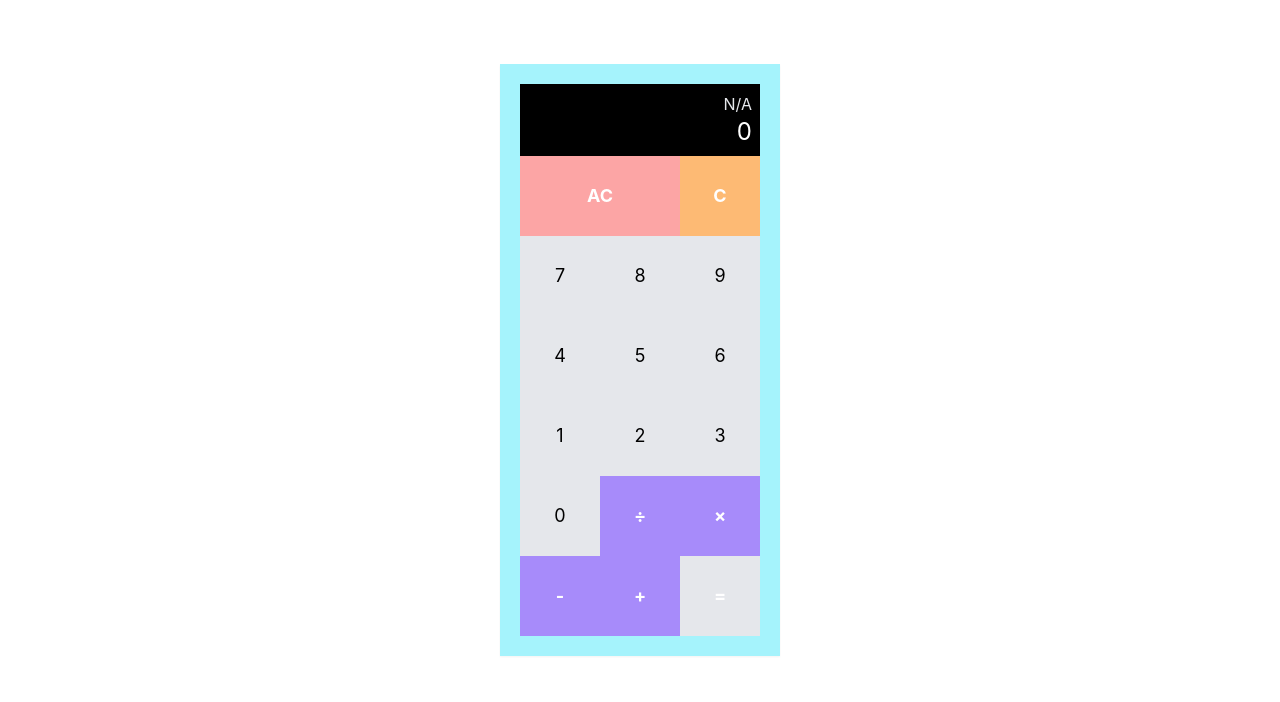
Repository: BrianPhamDev/calculator_app
Page: /
The author's editor kept a copy of each file at every save. The page is drawn from the files as they stood at one save, then again after the next save.
The browser window is 1280 px wide. The pictures show the whole page.
The project was rebuilt for these pictures with package versions that can differ from the ones it lists, and the page was loaded fresh each time. Also part of the build but not shown: vite.config.js.

Above is the page before, as saved 2024-01-09 14:49:25.

### src/App.jsx
import Calculator from "./components/Calculator";

function App() {
  return (
    <>
      <div className="flex items-center justify-center w-screen h-screen">
        <Calculator></Calculator>
      </div>
    </>
  );
}

export default App;

### src/components/Calculator.jsx
import { calculatorButtons } from "../globals/calculator-button-data";
import { useReducer } from "react";

function reducer(state, action) {}

const Calculator = () => {
  const specialTypes = {
    operator: "bg-violet-400 hover:bg-violet-300 text-white font-bold",
    enter: "bg-blue-400 hover:bg-blue-300 text-white font-bold",
  };
  const specialClasses = {
    ac: "col-span-2 w-40 bg-red-300 text-white font-bold hover:bg-red-400",
    c: "bg-orange-300 text-white font-bold hover:bg-orange-400",
  };

  const [{ current, previous, operation }, dispatch] = useReducer(reducer, {});

  return (
    <div className="border-[20px] border-cyan-200 shadow-sm">
      <div className="w-60 h-fit bg-black text-white flex flex-col items-end justify-around p-2 break-words break-all">
        <div className="previous text-gray-200">{previous || "N/A"}</div>
        <div className="current text-2xl">{current || "0"}</div>
      </div>

      <div className="grid grid-cols-3">
        {calculatorButtons.map((button) => {
          return (
            <div
              key={button.className}
              className={`bg-gray-200 flex items-center justify-center w-20 h-20 hover:bg-slate-300 text-lg  ${
                specialClasses[button.className] || ""
              }
              ${specialTypes[button.type] || ""}`}
            >
              {button.text}
            </div>
          );
        })}
      </div>
    </div>
  );
};

export default Calculator;

### src/globals/calculator-button-data.js
export const calculatorButtons = [
  {
    type: "clear",
    className: "ac",
    text: "AC",
    value: "All Clear",
  },
  {
    type: "clear",
    className: "c",
    text: "C",
    value: "Clear",
  },
  {
    type: "number",
    className: "seven",
    text: 7,
    value: 7,
  },
  {
    type: "number",
    className: "eight",
    text: 8,
    value: 8,
  },
  {
    type: "number",
    className: "nine",
    text: 9,
    value: 9,
  },

  {
    type: "number",
    className: "four",
    text: 4,
    value: 4,
  },
  {
    type: "number",
    className: "five",
    text: 5,
    value: 5,
  },
  {
    type: "number",
    className: "six",
    text: 6,
    value: 6,
  },

  {
    type: "number",
    className: "one",
    text: 1,
    value: 1,
  },
  {
    type: "number",
    className: "two",
    text: 2,
    value: 2,
  },
  {
    type: "number",
    className: "three",
    text: 3,
    value: 3,
  },
  {
    type: "number",
    className: "zero",
    text: 0,
    value: 0,
  },
  {
    type: "operator",
    className: "divide",
    text: "\u00f7",
    value: "Divide",
  },
  {
    type: "operator",
    className: "multiply",
    text: "\u00d7",
    value: "Multiply",
  },
  {
    type: "operator",
    className: "subtract",
    text: "-",
    value: "Subtract",
  },

  {
    type: "operator",
    className: "add",
    text: "+",
    value: "Add",
  },
  {
    type: "enter",
    className: "equal",
    text: "=",
    value: "Equal",
  },
];

Loaded but not shown: index.html (common file); src/main.jsx (common file); src/index.css (common file); tailwind.config.js (common file)

After the next save:
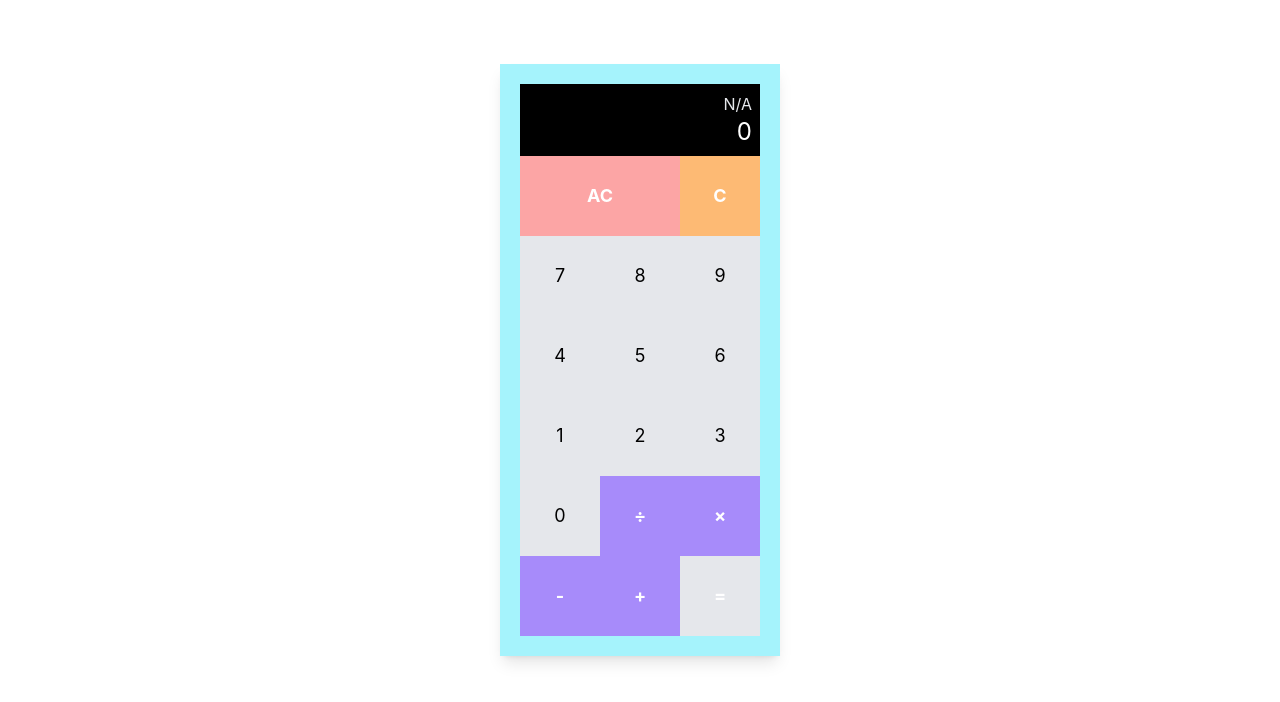
Saved 5 s later.
--- a/src/components/Calculator.jsx
+++ b/src/components/Calculator.jsx
@@ -16,7 +16,7 @@ const Calculator = () => {
   const [{ current, previous, operation }, dispatch] = useReducer(reducer, {});
 
   return (
-    <div className="border-[20px] border-cyan-200 shadow-sm">
+    <div className="border-[20px] border-cyan-200 shadow-lg">
       <div className="w-60 h-fit bg-black text-white flex flex-col items-end justify-around p-2 break-words break-all">
         <div className="previous text-gray-200">{previous || "N/A"}</div>
         <div className="current text-2xl">{current || "0"}</div>
